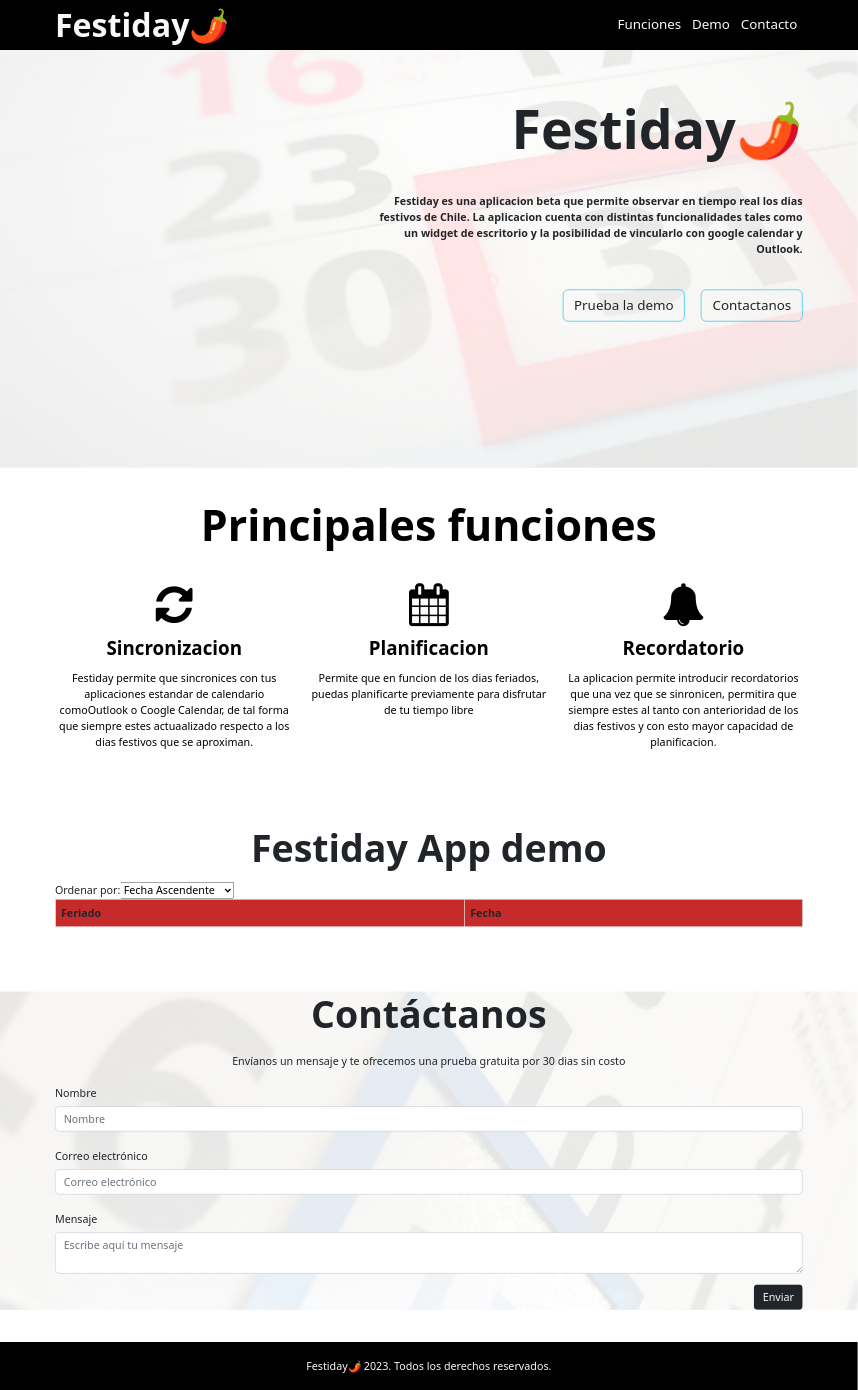
Repository: cvalenciapatagonia/Desafio-4-React-I
Page: /
The author's editor kept a copy of each file at every save. The page is drawn from the files as they stood at one save, then again after the next save.
The browser window is 1280 px wide. The pictures show the whole page, at 67% of full size.
The page's requests for data from a server got no answer. The project was rebuilt for these pictures with package versions that can differ from the ones it lists, and the page was loaded fresh each time. No one was signed in, and anything a server would have sent is missing. Also part of the build but not shown: vite.config.js, src/App.css.

Above is the page before, as saved 2023-09-08 16:11:07.

After the next save:
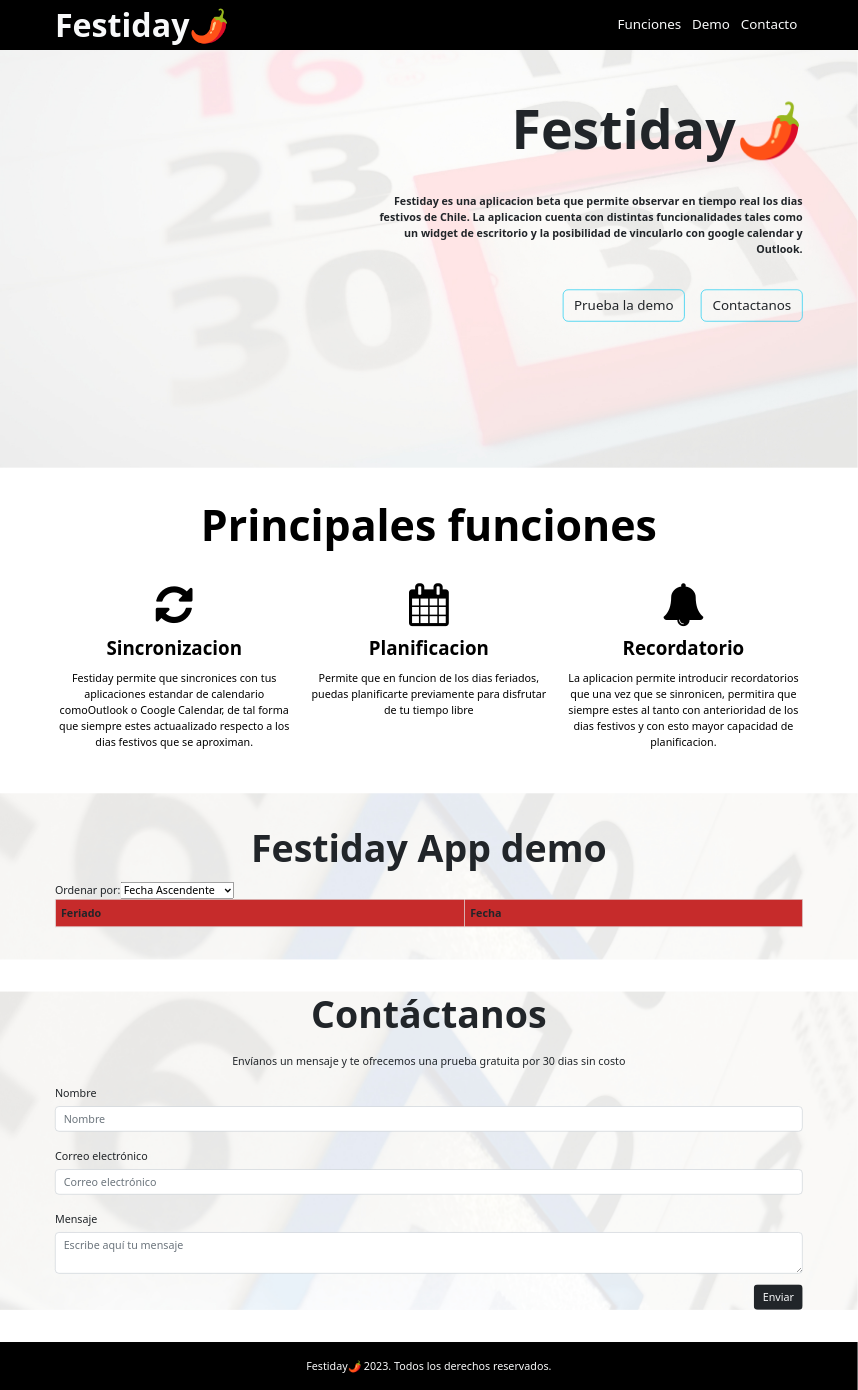
Saved 2 min 30 s later.
--- a/src/index.css
+++ b/src/index.css
@@ -57,6 +57,13 @@
 
 }
 
+#Mis-proyectos{
+  background-image: url(./assets/img/bg2.jpg);
+  background-repeat: no-repeat;
+  background-size: cover;
+  background-position: left;
+}
+
 footer {
   background-color: black;
 }
